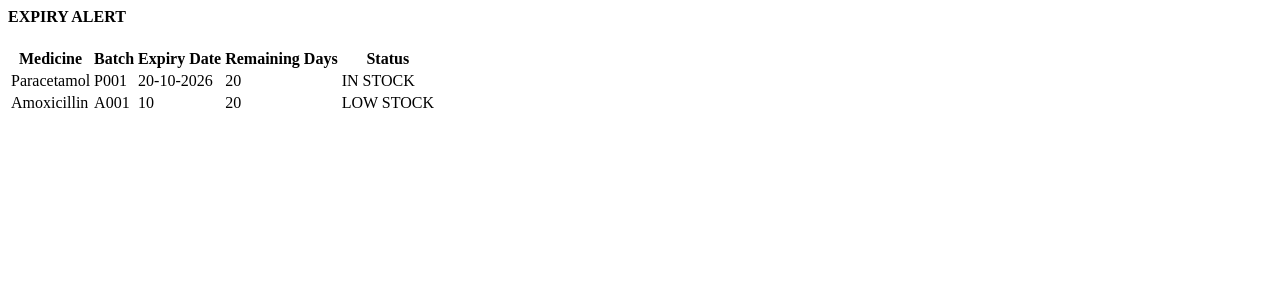
Repository: AbHiShEk200428/Medicine-Manager
Page: expiry.html
An editor plug-in stored every save of this project. The page is shown before and after a run of saves, followed by the edit.
The browser window is 1280 px wide. The pictures show the whole page.

Above is the page before, as saved 2026-10-28 20:34:23.

### expiry.html
<h4 class="mb-3 text-primary">EXPIRY ALERT</h4>

    <div class="table-responsive">
        <table id="Inventory_Table" class="table table-hover text-center text-nowrap table-bordered align-middle">
            <thead class="table-dark">
                <tr>
                    <th scope="col">Medicine</th>
                    <th scope="col">Batch</th>
                    <th scope="col">Expiry Date</th>
                    <th scope="col">Remaining Days</th>
                    <th scope="col">Status</th>
                </tr>
            </thead>
            <tbody>
                <tr>
                    <td>Paracetamol</td>
                    <td>P001</td>
                    <td>20-10-2026</td>
                    <td>20</td>
                    <td><span class="badge bg-success">IN STOCK</span></td>
                </tr>
                <tr>
                    <td>Amoxicillin</td>
                    <td>A001</td>
                    <td>10</td>
                    <td>20</td>
                    <td><span class="badge bg-danger">LOW STOCK</span></td>
                </tr>
            </tbody>
        </table>
    </div>

After the next 3 saves:
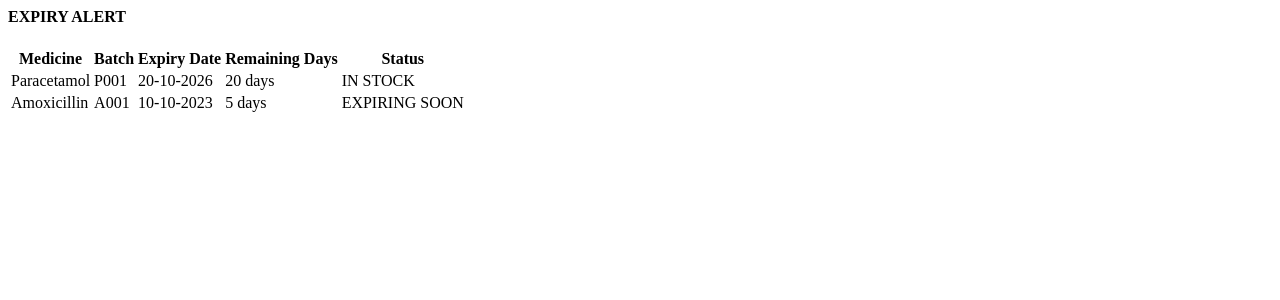
The 3 saves are shown as one change because they came seconds apart.
The last was saved 13 s later.
--- a/expiry.html
+++ b/expiry.html
@@ -16,15 +16,15 @@
                     <td>Paracetamol</td>
                     <td>P001</td>
                     <td>20-10-2026</td>
-                    <td>20</td>
+                    <td>20 days</td>
                     <td><span class="badge bg-success">IN STOCK</span></td>
                 </tr>
                 <tr>
                     <td>Amoxicillin</td>
                     <td>A001</td>
-                    <td>10</td>
-                    <td>20</td>
-                    <td><span class="badge bg-danger">LOW STOCK</span></td>
+                    <td>10-10-2023</td>
+                    <td>5 days</td>
+                    <td><span class="badge bg-danger">EXPIRING SOON</span></td>
                 </tr>
             </tbody>
         </table>
